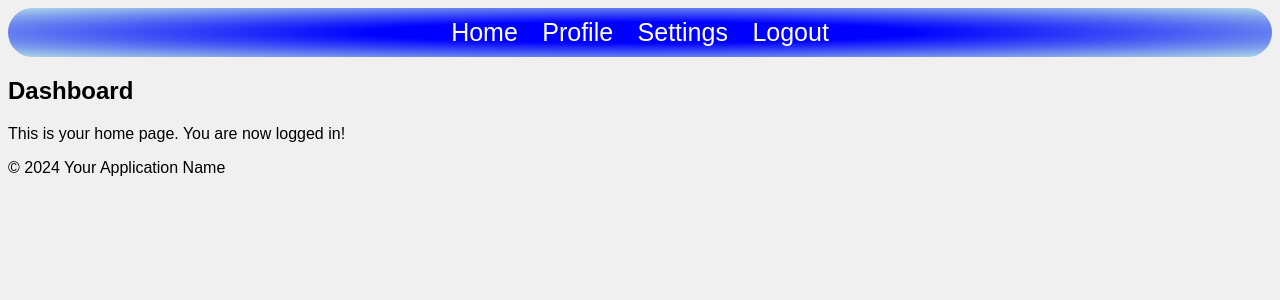
Repository: SriramulaNamithaReddy/Internship_projects
Page: http://localhost/home
These files come from the project's save history. The page is drawn as it stood at one moment and after the next save; the edit follows.
The browser window is 1280 px wide. The pictures show the whole page.
The page is this project's Thymeleaf template; nobody is signed in. The template is opened directly, without the code that normally fills it, so the values that code supplies are empty.

Above is the page before, as saved 2024-10-12 07:11:57.

### SecureUserAuthentication/src/main/resources/templates/home.html
<!DOCTYPE html>
<html xmlns:th="http://www.thymeleaf.org">
<head>
    <meta charset="UTF-8">
    <title>Home Page</title>
    <style>
        body { font-family: Arial, sans-serif; background-color: #f0f0f0; }
        .container { width: 400px; margin: 100px auto; padding: 20px; background: white; border-radius: 8px; text-align: center; box-shadow: 0 0 10px rgba(0, 0, 0, 0.1); }
        button { padding: 10px 20px; background: #4CAF50; color: white; border: none; cursor: pointer; }
        button:hover { background: #45a049; }
        a { text-decoration: none; color: rgb(255, 255, 255); }
        a:hover { text-decoration: underline; }
        .navbar{
			text-align: center;
			background:radial-gradient(rgb(0, 0, 255) 30%,lightblue);
	        border-radius:60px;
	        padding:10px;
		}
		.navlink{
			text-decoration: none;
			padding: 0px 10px 0px 10px;
			font-size: 25px;
		}
    </style>
</head>
<body>


    <nav>
		<div class="navbar">
            <a class="navlink" th:href="@{/home}">Home</a>
            <a class="navlink" th:href="@{/profile}">Profile</a>
            <a class="navlink" th:href="@{/settings}">Settings</a>
            <a class="navlink" th:href="@{/logout}">Logout</a>
        </div>
    </nav>

    <main>
        <h2>Dashboard</h2>
        <p>This is your home page. You are now logged in!</p>
    </main>

    <footer>
        <p>&copy; 2024 Your Application Name</p>
    </footer>
</body>
</html>

After the next save:
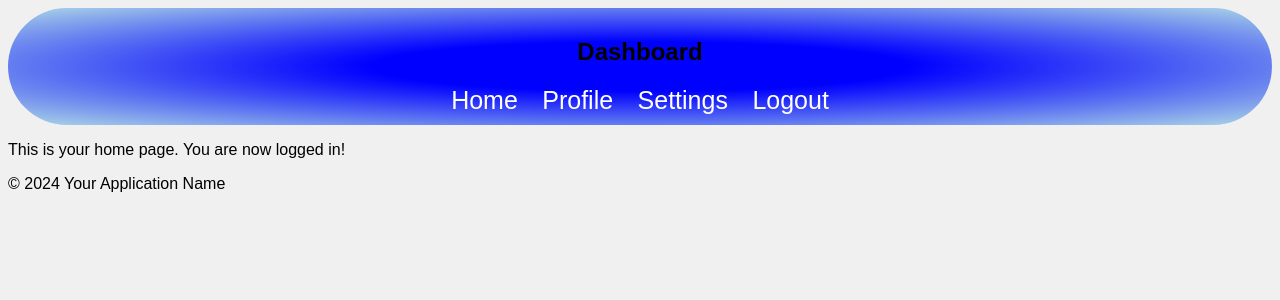
Saved 36 s later.
--- a/SecureUserAuthentication/src/main/resources/templates/home.html
+++ b/SecureUserAuthentication/src/main/resources/templates/home.html
@@ -28,6 +28,7 @@
 
     <nav>
 		<div class="navbar">
+			<h2>Dashboard</h2>
             <a class="navlink" th:href="@{/home}">Home</a>
             <a class="navlink" th:href="@{/profile}">Profile</a>
             <a class="navlink" th:href="@{/settings}">Settings</a>
@@ -36,7 +37,7 @@
     </nav>
 
     <main>
-        <h2>Dashboard</h2>
+
         <p>This is your home page. You are now logged in!</p>
     </main>
 
